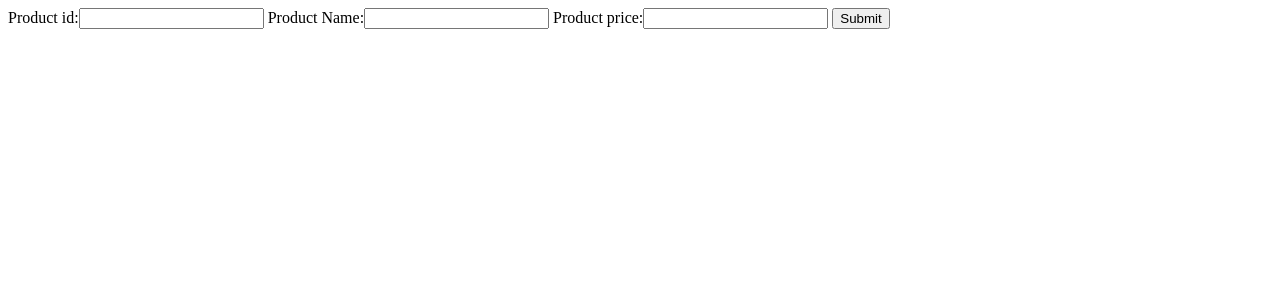
Repository: parul55/RestWebService
Page: TrivagoHotels/WebContent/WEB-INF/addProduct.html
These files come from the project's save history. The page is drawn as it stood at one moment and after the next save; the edit follows.
The browser window is 1280 px wide. The pictures show the whole page.

Above is the page before, as saved 2019-07-25 06:13:15.

After the next save:
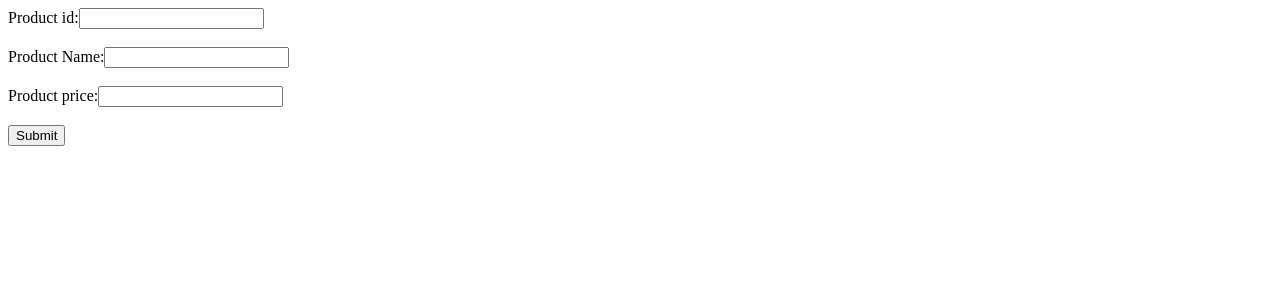
Saved 105 s later.
--- a/TrivagoHotels/WebContent/WEB-INF/addProduct.html
+++ b/TrivagoHotels/WebContent/WEB-INF/addProduct.html
@@ -6,9 +6,9 @@
 </head>
 <body>
 	<form method="post">
-		Product id:<input type="number" name="id">
-		Product Name:<input type="text" name="name">
-		Product price:<input type="number" name="price">
+		Product id:<input type="number" name="id"><br><br>
+		Product Name:<input type="text" name="name"><br><br>
+		Product price:<input type="number" name="price"><br><br>
 		<input type="submit">
 	</form>
 </body>
